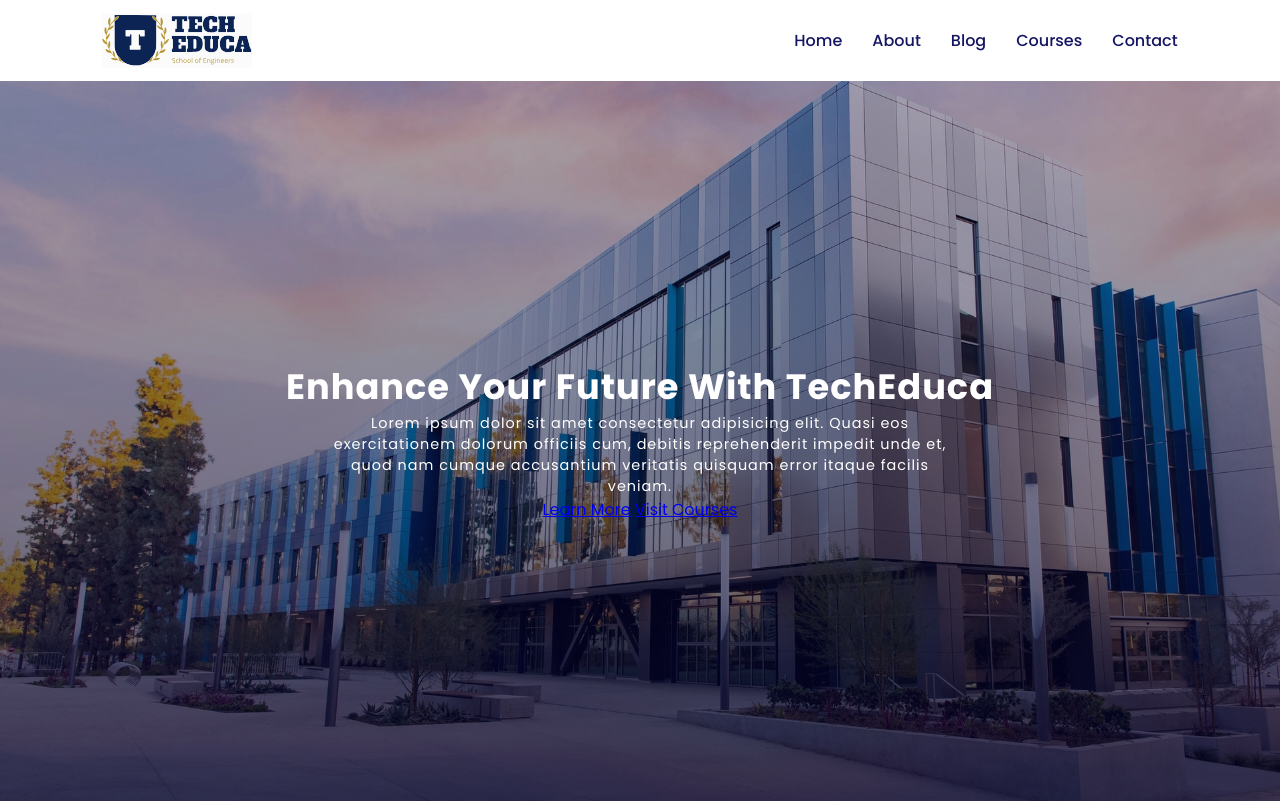
Repository: douglasabnovato/newtech
Page: index.html
An editor plug-in stored every save of this project. The page is shown before and after the next save, followed by the edit.
The browser window is 1280 px wide. The pictures show the whole page.
Some web libraries are served in a nearby version.

Above is the page before, as saved 2025-06-19 23:14:20.

After the next save:
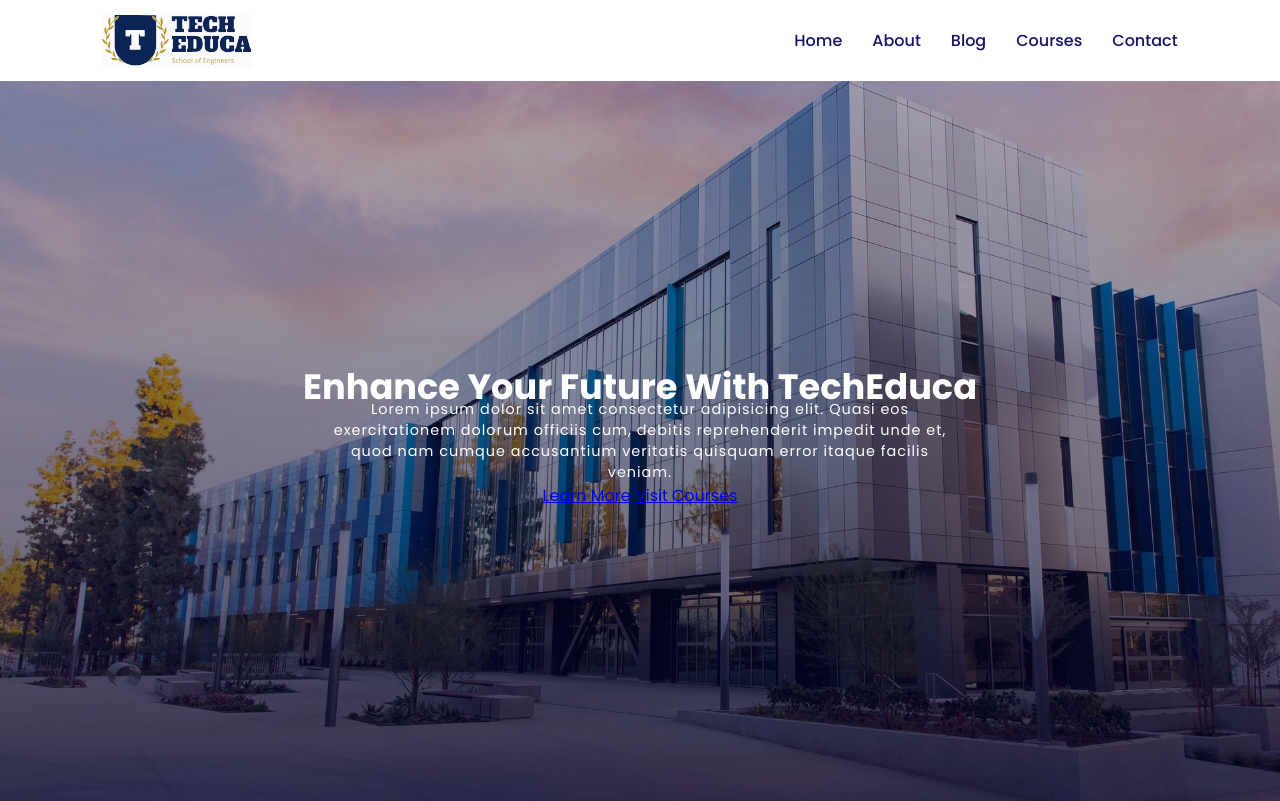
Saved 17 s later.
--- a/style.css
+++ b/style.css
@@ -85,7 +85,7 @@
 #home h2 {
   color: #fff;
   font-size: 2.2rem;
-  letter-spacing: 1px;
+  line-height: 25px;
 }
 
 #home p {
